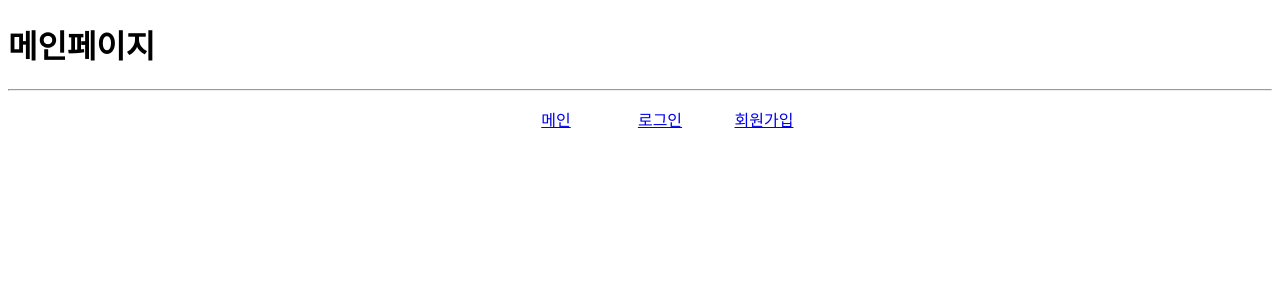
Repository: codingspecialist/jsp-weekend
Page: http://localhost/cos/main.jsp
An editor plug-in stored every save of this project. The page is shown before and after the next save, followed by the edit.
The browser window is 1280 px wide. The pictures show the whole page.
The page is served by Tomcat 9.

Above is the page before, as saved 2020-08-22 06:14:11.

After the next save:
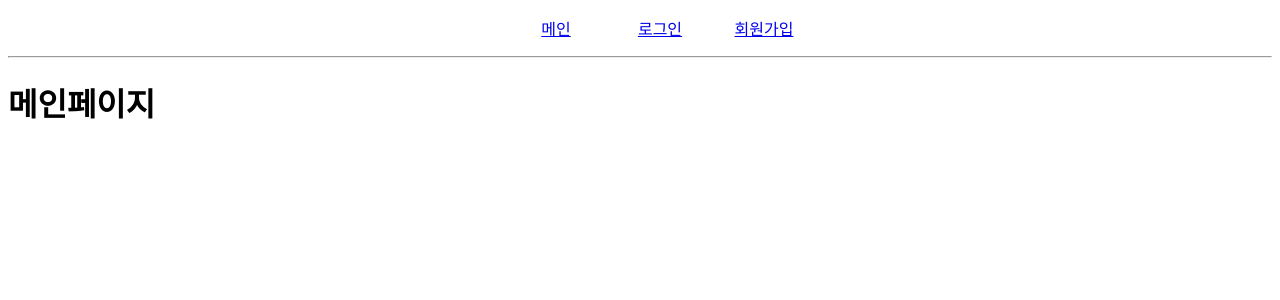
Saved 8 min 29 s later.
--- a/cos/WebContent/main.jsp
+++ b/cos/WebContent/main.jsp
@@ -1,13 +1,5 @@
 <%@ page language="java" contentType="text/html; charset=UTF-8"
     pageEncoding="UTF-8"%>
-<%
-	if(session.getAttribute("auth") != null){
-		if((boolean)session.getAttribute("auth") == true){
-			System.out.println("인증된 사용자입니다.");
-		}
-	}
-%>
-
 <!DOCTYPE html>
 <html>
 <head>
@@ -25,12 +17,14 @@
 </style>
 </head>
 <body>
-<h1>메인페이지</h1>
-<hr/>
 <ul>
 	<li><a href="main.jsp">메인</a></li>
 	<li><a href="login.jsp">로그인</a></li>
 	<li><a href="join.jsp">회원가입</a></li>
 </ul>
+<hr/>
+
+<h1>메인페이지</h1>
+
 </body>
 </html>
